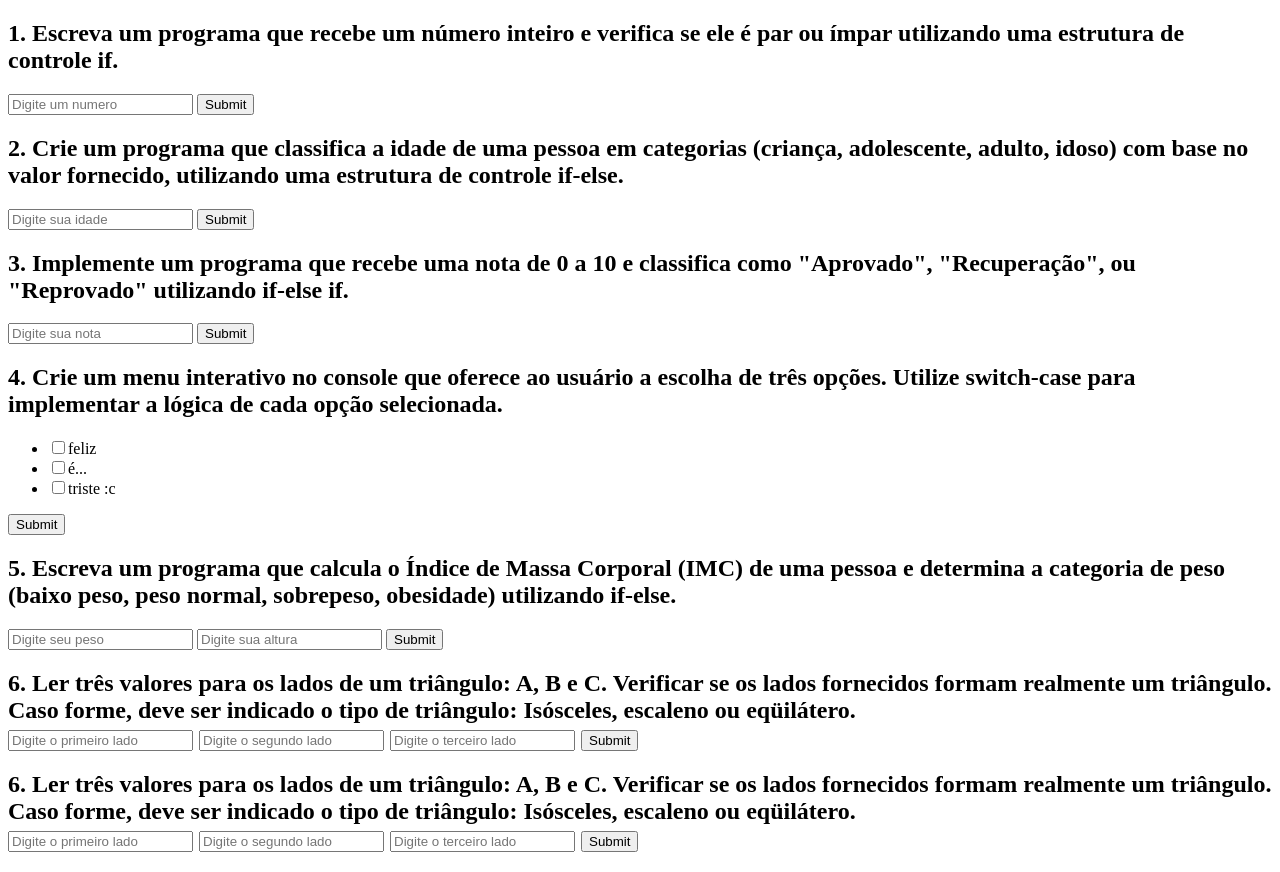
Repository: chidekina/prati-logica
Page: index.html
These files come from the project's save history. The page is drawn as it stood at one moment and after the next save; the edit follows.
The browser window is 1280 px wide. The pictures show the whole page.

Above is the page before, as saved 2025-04-29 15:54:28.

After the next save:
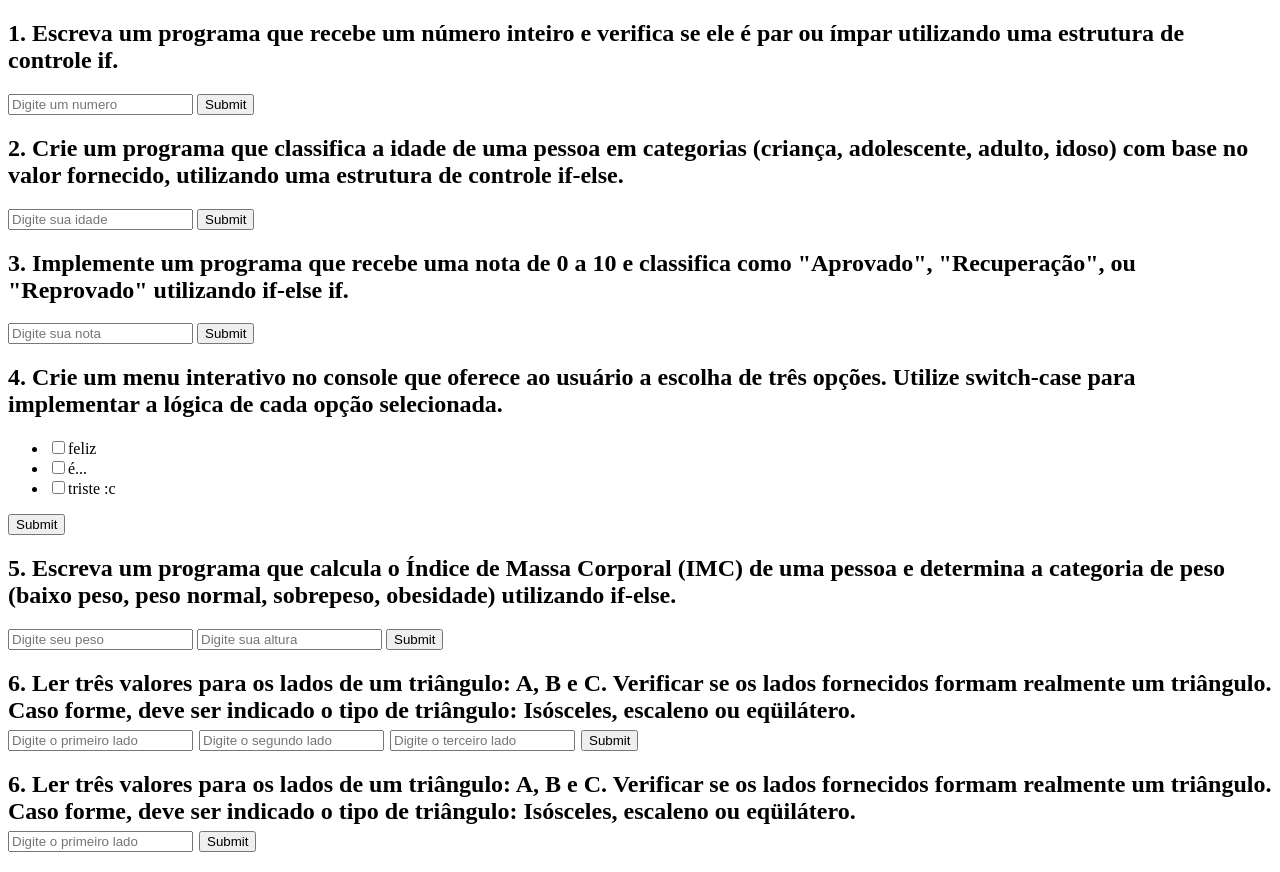
Saved 12 s later.
--- a/index.html
+++ b/index.html
@@ -76,8 +76,6 @@
             Isósceles, escaleno ou eqüilátero.
         <div>
           <input id="ladoA" type="text" placeholder="Digite o primeiro lado" />
-          <input id="ladoB" type="text" placeholder="Digite o segundo lado" />
-          <input id="ladoC" type="text" placeholder="Digite o terceiro lado" />
           <input type="submit" onclick="classificacaoTriangulo()" />
         </div>
         <h3 id="answer6"></h3>
